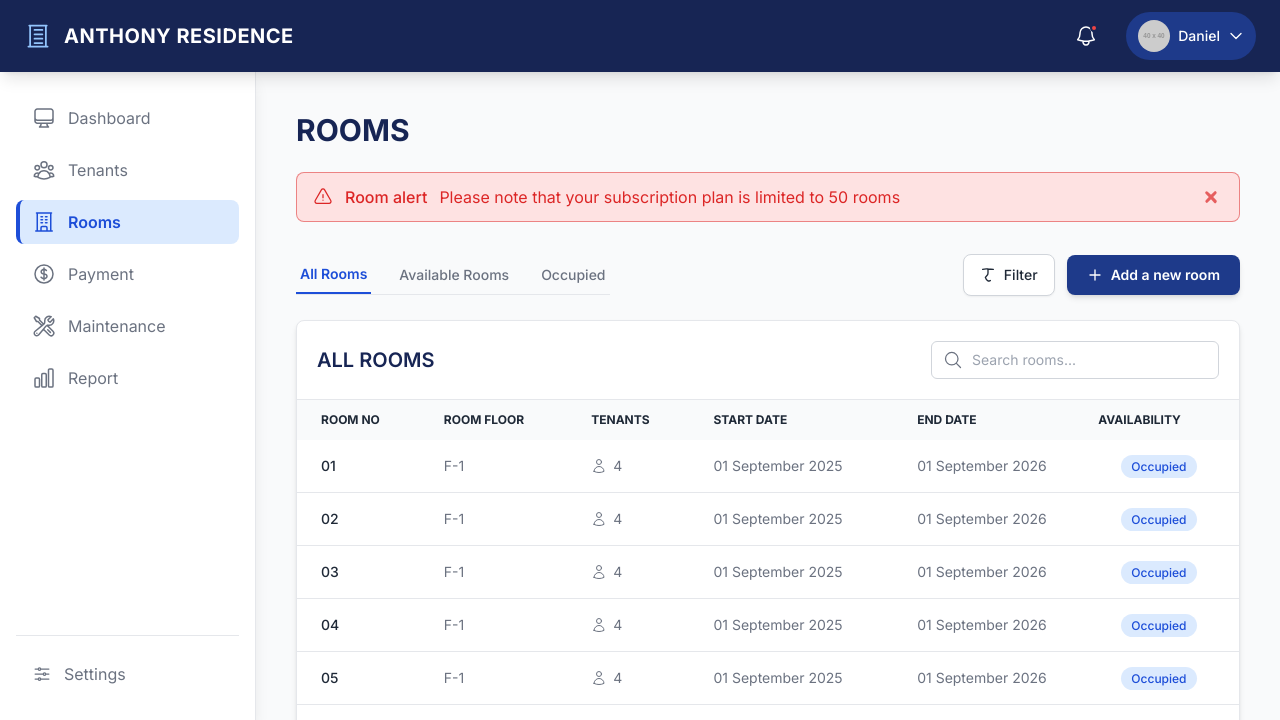
Repository: phyronsoftware-project/Room_Rental_Management_System
Page: http://localhost/rooms
The author's editor kept a copy of each file at every save. The page is drawn from the files as they stood at one save, then again after the next save.
The browser window is 1280 px wide. The pictures show the whole page.
An inner scrolling area shows only its first screen. Some web libraries are served in a nearby version. The page is served by the project's Laravel application, run on PHP 8.4 with Laravel 12.

Above is the page before, as saved 2026-01-16 21:47:33.

After the next save:
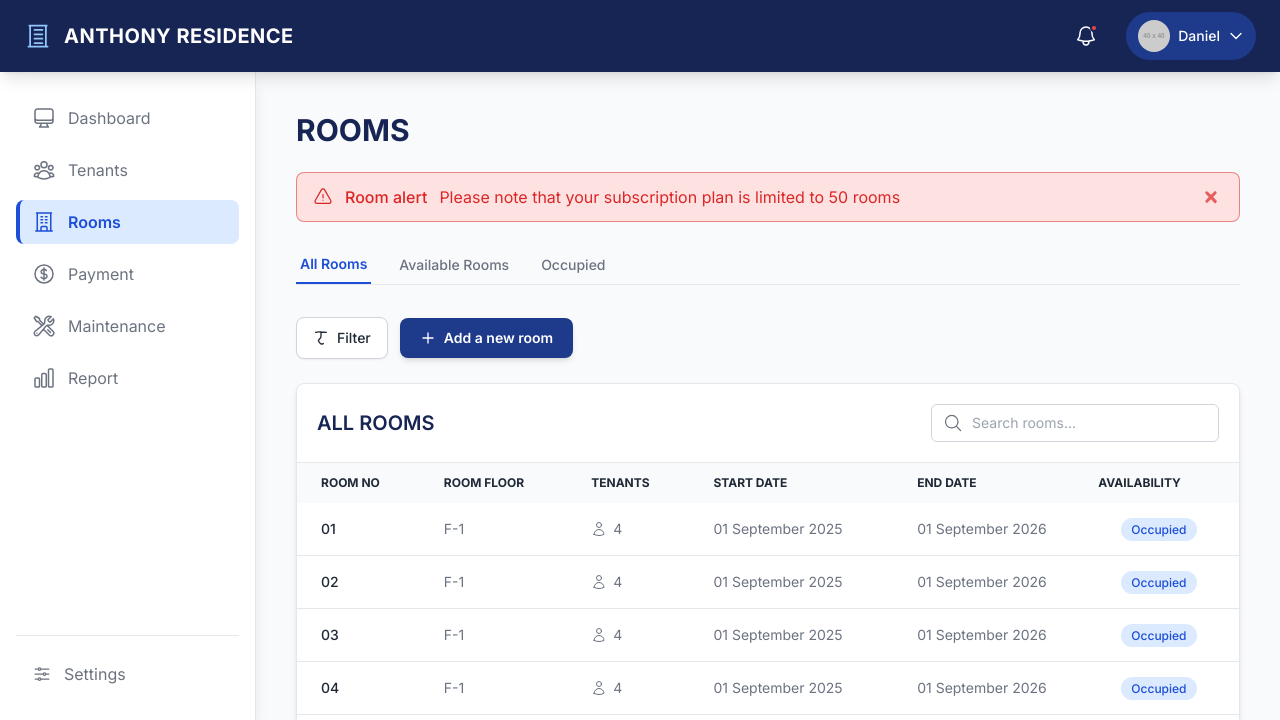
Saved 18 s later.
--- a/resources/views/rooms/all_rooms.blade.php
+++ b/resources/views/rooms/all_rooms.blade.php
@@ -37,16 +37,16 @@
             </div>
 
             <!-- Tabs and Filters -->
+            <div class="flex items-center gap-6 border-b border-gray-200">
+                <a href="#" class="py-2 px-1 text-sm font-semibold text-primary border-b-2 border-primary">All
+                    Rooms</a>
+                <a href="rooms_avail_rooms.php"
+                    class="py-2 px-1 text-sm font-medium text-text-mid hover:text-text-dark">Available Rooms</a>
+                <a href="rooms_occupied_rooms.php"
+                    class="py-2 px-1 text-sm font-medium text-text-mid hover:text-text-dark">Occupied</a>
+            </div>
             <div class="flex justify-between items-center pt-2">
                 <!-- Tabs -->
-                <div class="flex items-center gap-6 border-b border-gray-200">
-                    <a href="#" class="py-2 px-1 text-sm font-semibold text-primary border-b-2 border-primary">All
-                        Rooms</a>
-                    <a href="rooms_avail_rooms.php"
-                        class="py-2 px-1 text-sm font-medium text-text-mid hover:text-text-dark">Available Rooms</a>
-                    <a href="rooms_occupied_rooms.php"
-                        class="py-2 px-1 text-sm font-medium text-text-mid hover:text-text-dark">Occupied</a>
-                </div>
 
                 <!-- Actions -->
                 <div class="flex items-center gap-3">
